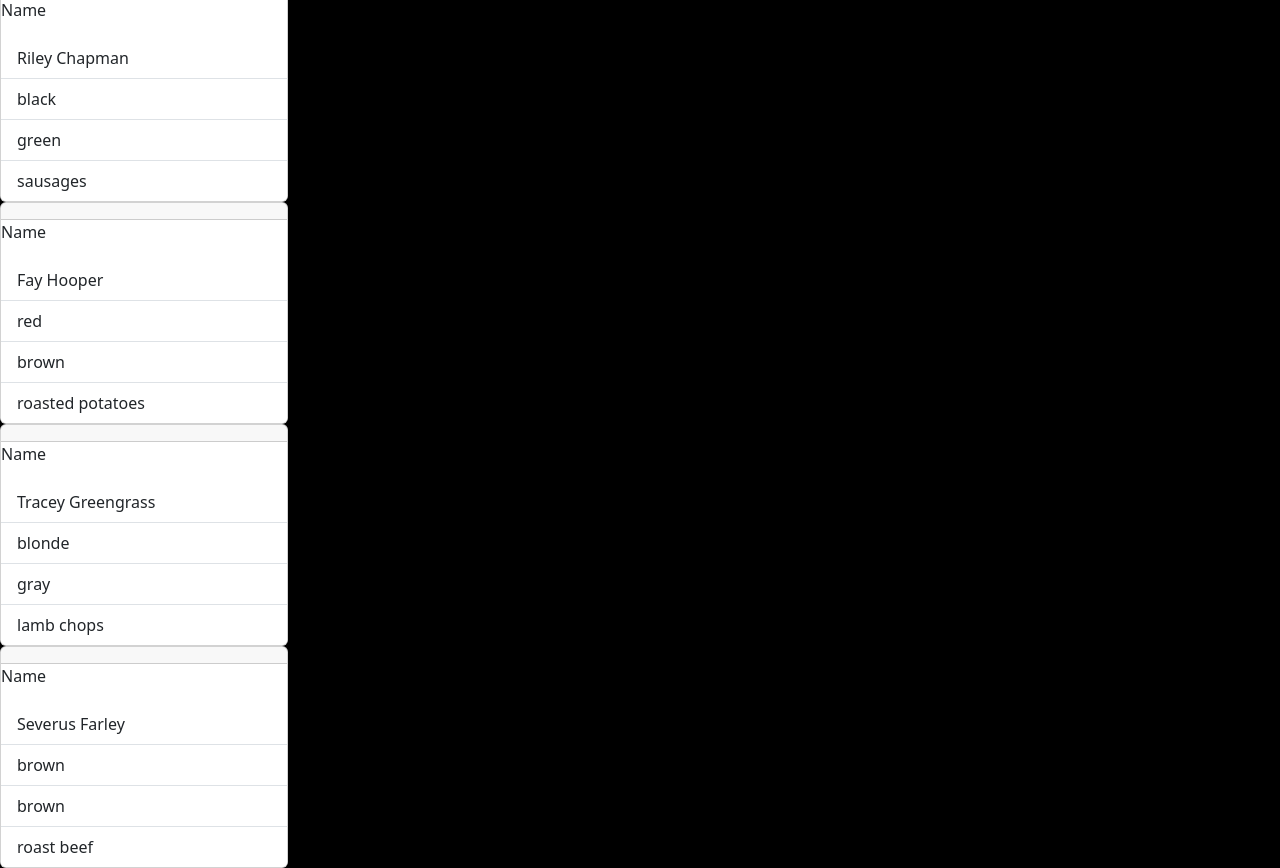
Repository: jontslater/INDIVIDUAL-PROJECT-sorting-hat
Page: index.html
These files come from the project's save history. The page is drawn as it stood at one moment and after the next save; the edit follows.
The browser window is 1280 px wide. The pictures show the part of the page from y = 541 to 1409 px (the page is 1409 px tall before and 1249 px after).
A picture or video elsewhere on the page could not be fetched, so the positions and the page height are approximate.

Above is the page before, as saved 2023-10-30 20:03:38.

### index.html
<!DOCTYPE html>
<html lang="en">
<head>
  <meta charset="UTF-8">
  <meta name="viewport" content="width=device-width, initial-scale=1.0">
  <title>SortingHat</title>

  <link href="https://cdn.jsdelivr.net/npm/bootstrap@5.3.2/dist/css/bootstrap.min.css" rel="stylesheet" integrity="sha384-T3c6CoIi6uLrA9TneNEoa7RxnatzjcDSCmG1MXxSR1GAsXEV/Dwwykc2MPK8M2HN" crossorigin="anonymous">
  <link rel="stylesheet" href="main.css">
</head>
<body>
  <div class="card">
    <div class="card-header">
      <img src="https://media.tenor.com/vkDuuNm40XoAAAAd/hogwarts-legacy-warner-bros-interactive-entertainment.gif" alt="">
    </div>
    <div class="card-body">
      <h5 class="card-title">Hello, I am the sorting hat!</h5>
      <p class="card-text">Right. Right then. Hmmmm. Right.... You are going to house .... </p>
      <button id="btn">Click here</button>
      <form id="form" class="names">
       <input type="text" id="firstLast" />First Name
       <input type="text" id="firstLast" />Last Name
       <input type="text" id="firstLast" />Hair color
       <input type="text" id="firstLast" />Eye color
       <input type="text" id="firstLast" />Favorite food
       <button type="submit" class="btn btn-primary">Enter House</button>
     </form>

    </div>
  </div>



  <div>

  </div>



  <div id="app"></div>

  <script src="https://cdn.jsdelivr.net/npm/bootstrap@5.3.2/dist/js/bootstrap.bundle.min.js" integrity="sha384-C6RzsynM9kWDrMNeT87bh95OGNyZPhcTNXj1NW7RuBCsyN/o0jlpcV8Qyq46cDfL" crossorigin="anonymous"></script>
  <script src="main.js"></script>
</body>
</html>

### main.js
const students =[
  {
    id: 1,
    firstName: "Riley",
    lastName: "Chapman",
    hairColor: "black",
    eyeColor: "green",
    favoriteFood: "sausages",
  },
  {
    id: 2,
    firstName: "Fay",
    lastName: "Hooper",
    hairColor: "red",
    eyeColor: "brown",
    favoriteFood: "roasted potatoes",
  },
  {
    id: 3,
    firstName: "Tracey",
    lastName: "Greengrass",
    hairColor: "blonde",
    eyeColor: "gray",
    favoriteFood: "lamb chops",
  },
  {
    id: 3,
    firstName: "Severus",
    lastName: "Farley",
    hairColor: "brown",
    eyeColor: "brown",
    favoriteFood: "roast beef",
  }
]
const app = document.querySelector("#app");
const btn = document.querySelector("#btn");

const renderToDom = (Students) =>{

  let domString = "";

  for(let student of students){

    domString += `<div class="card" style="width: 18rem;">
    <div class="card-header">
    </div>
    <ul class="list-group list-group-flush">

       <p>Name</p><li class="list-group-item">${student.firstName} ${student.lastName}
      <li class="list-group-item">${student.hairColor}
      <li class="list-group-item">${student.eyeColor}
      <li class="list-group-item">${student.favoriteFood}
    </ul>
  </div>`
  }
  const app = document.querySelector("#app")
  app.innerHTML = domString
}

renderToDom(students)

btn.addEventListener("click", () => {
  const form = document.querySelector("form");

  if(form.style.display === "none"){
    form.style.display = "block";
  }else{
    form.style.display = "none";
  }
});

const form = document.querySelector("form");

const createStudent = (event) => {
  event.preventDefault();

  const newStudent = {
    id: students.length +1,
    firstName: document.querySelector("#firstName").value,
    lastName: document.querySelector("#lastName").value,
    hairColor: document.querySelector("hairColor").value,
    eyeColor: document.querySelector("#eyeColor").value,
    favoriteFood: document.querySelector("#favoriteFood").value,
  }
  students.push(newStudent);
  renderToDom(students);
  form.reset();
}
form.addEventListener("submit", createStudent)

Loaded but not shown: main.css (common file)

After the next save:
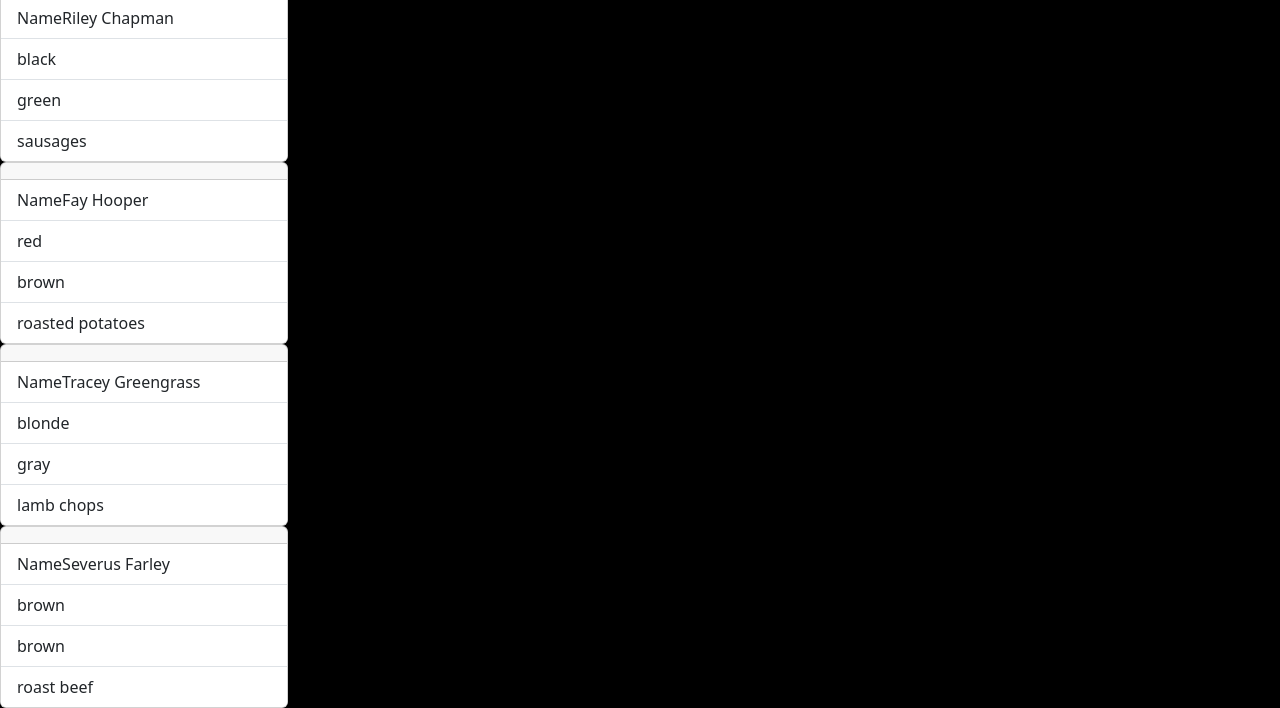
Saved 17 s later.
--- a/main.js
+++ b/main.js
@@ -46,7 +46,7 @@
     </div>
     <ul class="list-group list-group-flush">
 
-       <p>Name</p><li class="list-group-item">${student.firstName} ${student.lastName}
+       <li class="list-group-item">Name${student.firstName} ${student.lastName}
       <li class="list-group-item">${student.hairColor}
       <li class="list-group-item">${student.eyeColor}
       <li class="list-group-item">${student.favoriteFood}
